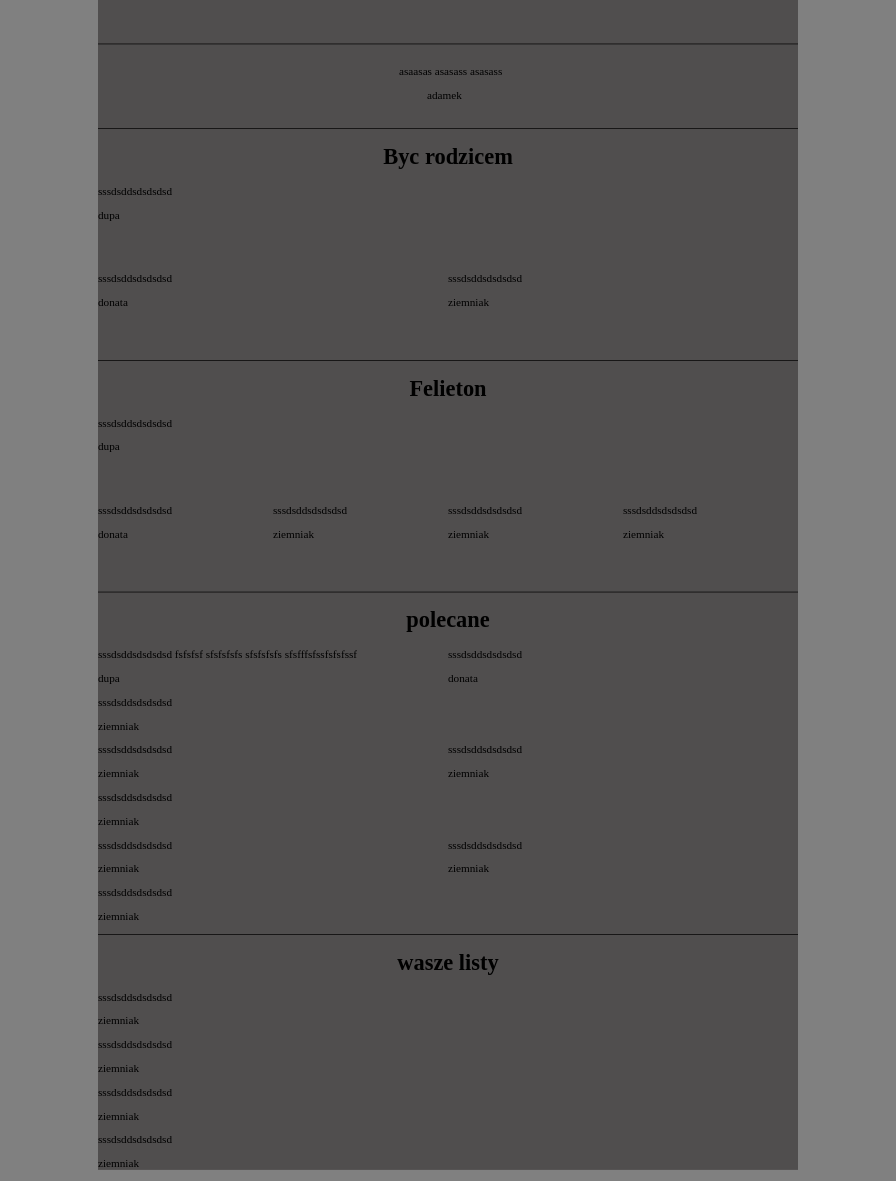
Repository: kq333/pitupitu.pl
Page: index.html
An editor plug-in stored every save of this project. The page is shown before and after the next save, followed by the edit.
The browser window is 1280 px wide. The pictures show the part of the page from y = 956 to 2876 px (the page is 2643 px tall before and 2876 px after), at 70% of full size.
The style sheet was rebuilt from its Sass, Less or Tailwind sources for each picture, by a compiler version that may differ from the author's.

Above is the page before, as saved 2020-11-04 12:58:17.

After the next save:
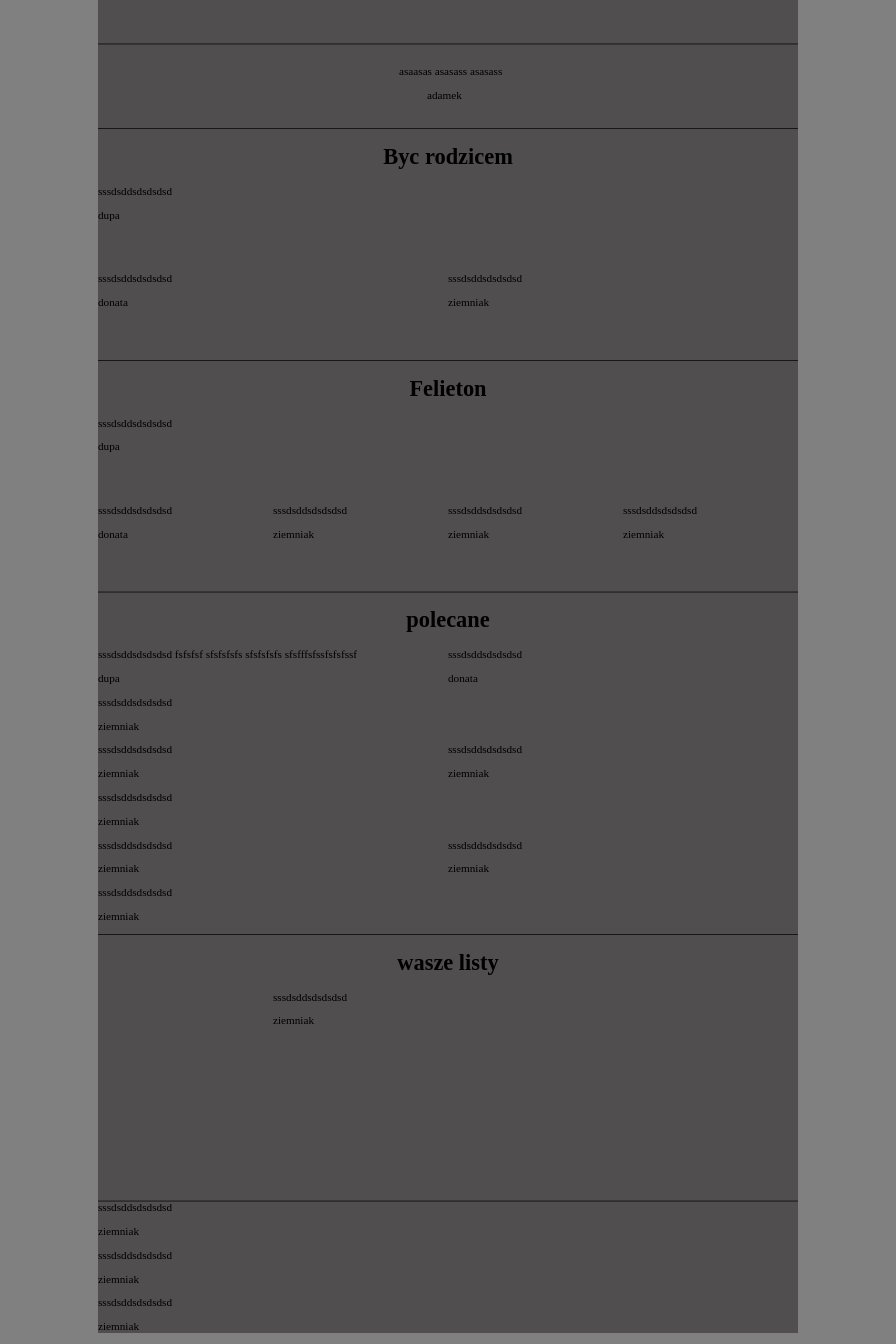
Saved 104 s later.
--- a/style/style.scss
+++ b/style/style.scss
@@ -15,6 +15,15 @@ body{
 }
 
 
+#bar{
+    display:grid;
+    grid-template-columns: auto auto;
+    width:1000px;
+
+
+
+}
+
 .ul_bar{
     width:960px;
     height: 40px;
@@ -25,17 +34,8 @@ body{
         list-style-type: none;
     }
 
-
-}
-
-#bar{
-    display:grid;
-    grid-template-columns: auto auto;
-    width:1000px;
-
-
-
-}
+}
+
 
 #logo{
     border-bottom: 1px solid black;
@@ -210,3 +210,15 @@ grid-area: art25;
 grid-area: art26;
  }
 };
+
+.letters{
+    width:1000px;
+    height: 300px;
+    border-bottom: 1px solid black;
+    display:grid;
+    grid-template-columns: repeat(4, 1fr);
+
+
+
+
+}
